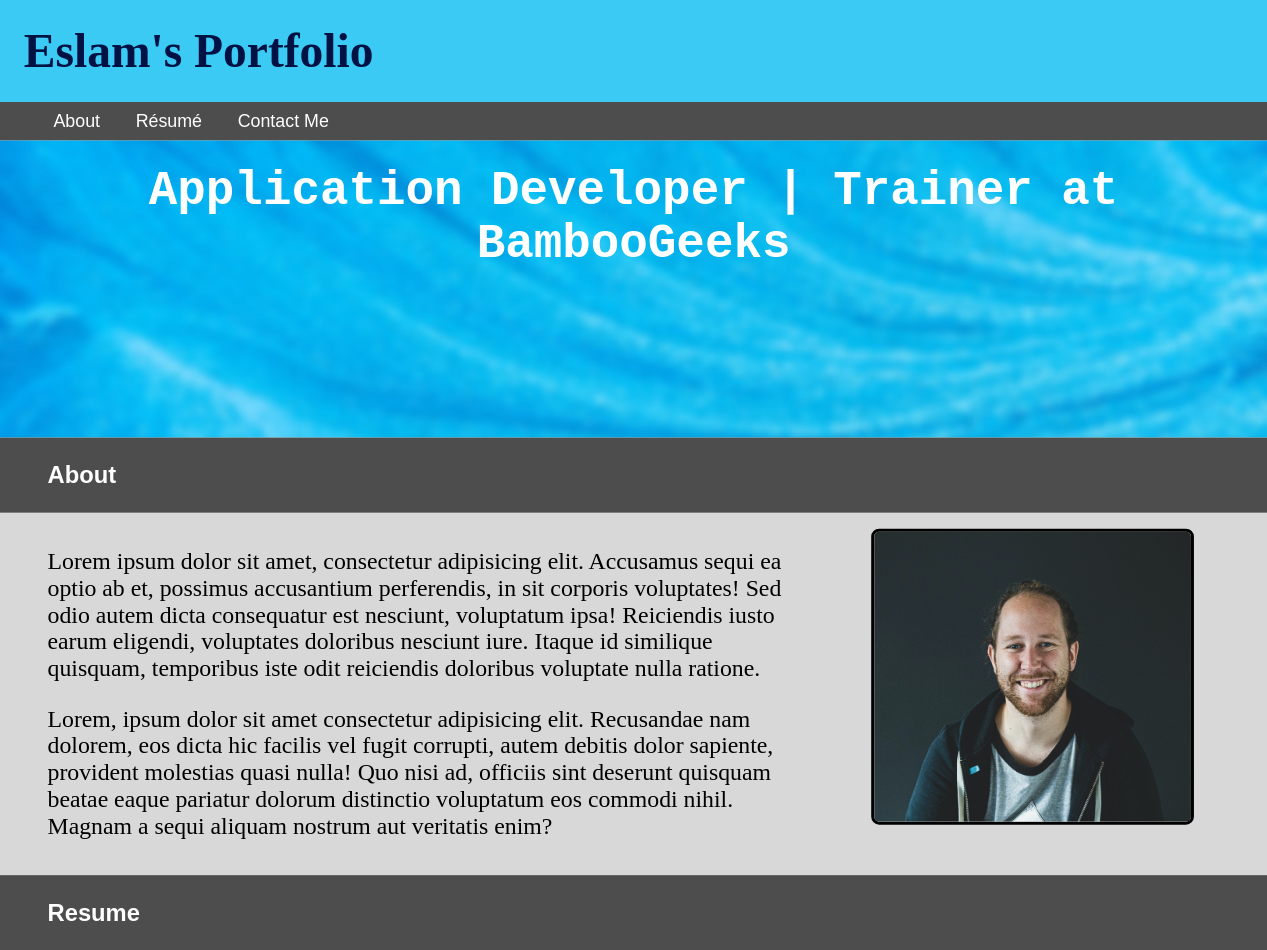
Repository: madahetooo/MyProtfolioHackathonProject
Page: index.html
These files come from the project's save history. The page is drawn as it stood at one moment and after the next save; the edit follows.
The browser window is 1280 px wide. The pictures show the part of the page from y = 0 to 960 px (the page is 2164 px tall before and 2272 px after), at 99% of full size.
Pictures or frames that could not be fetched are drawn as grey boxes. Some web libraries are served in a nearby version.

Above is the page before, as saved 2021-10-30 14:07:05.

After the next save:
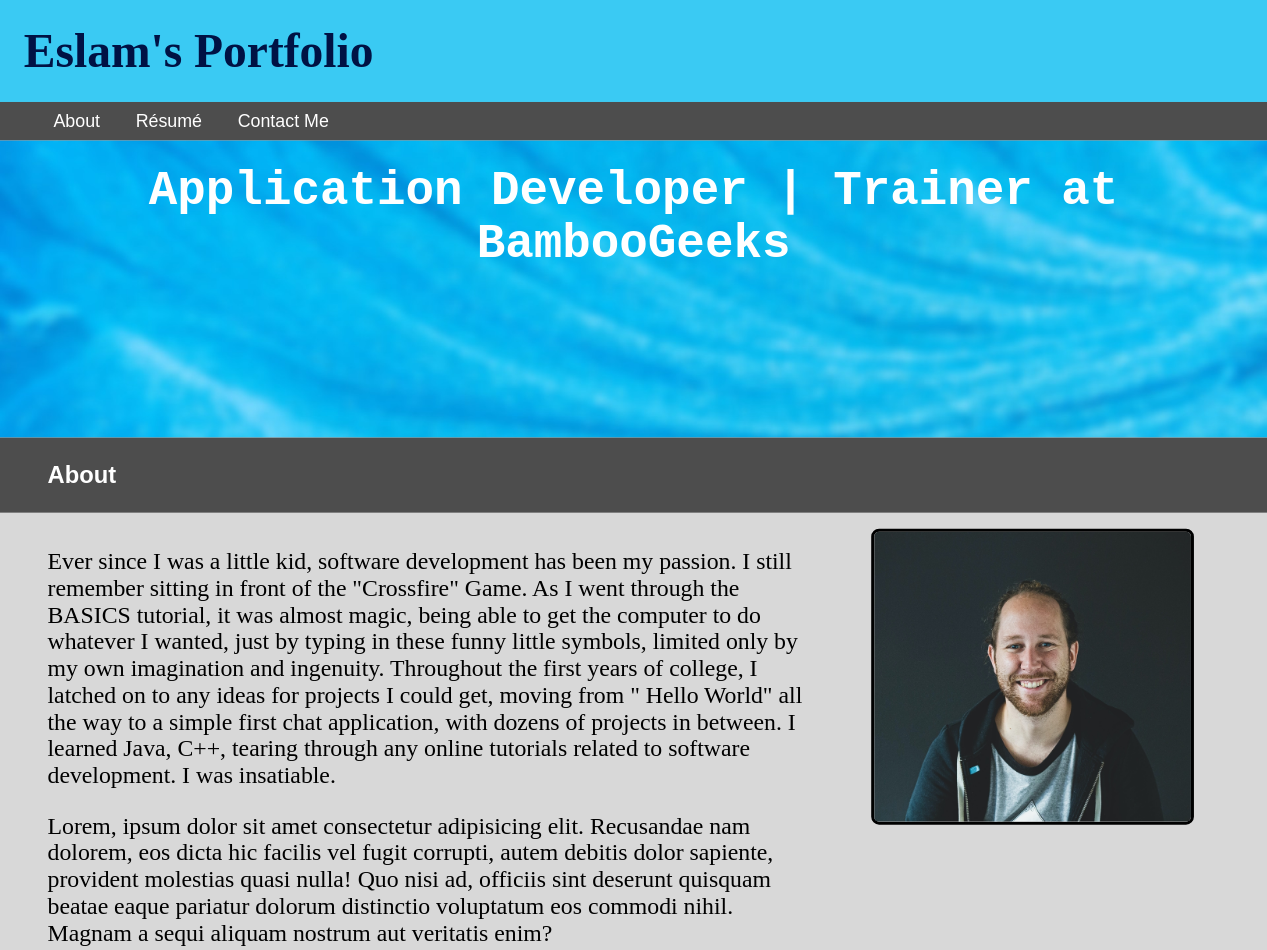
Saved 68 s later.
--- a/index.html
+++ b/index.html
@@ -127,10 +127,7 @@
     <h2 id="about">About</h2>
     <div class="aboutContainer">
         <div id="main">
-            <p>Lorem ipsum dolor sit amet, consectetur adipisicing elit. Accusamus sequi ea optio ab et, possimus
-                accusantium perferendis, in sit corporis voluptates! Sed odio autem dicta consequatur est nesciunt,
-                voluptatum ipsa! Reiciendis iusto earum eligendi, voluptates doloribus nesciunt iure. Itaque id
-                similique quisquam, temporibus iste odit reiciendis doloribus voluptate nulla ratione.</p>
+            <p>Ever since I was a little kid, software development has been my passion. I still remember sitting in front of the "Crossfire" Game. As I went through the BASICS tutorial, it was almost magic, being able to get the computer to do whatever I wanted, just by typing in these funny little symbols, limited only by my own imagination and ingenuity. Throughout the first years of college, I latched on to any ideas for projects I could get, moving from " Hello World" all the way to a simple first chat application, with dozens of projects in between. I learned Java, C++, tearing through any online tutorials related to software development. I was insatiable.</p>
             <p>Lorem, ipsum dolor sit amet consectetur adipisicing elit. Recusandae nam dolorem, eos dicta hic facilis
                 vel fugit corrupti, autem debitis dolor sapiente, provident molestias quasi nulla! Quo nisi ad, officiis
                 sint deserunt quisquam beatae eaque pariatur dolorum distinctio voluptatum eos commodi nihil. Magnam a
